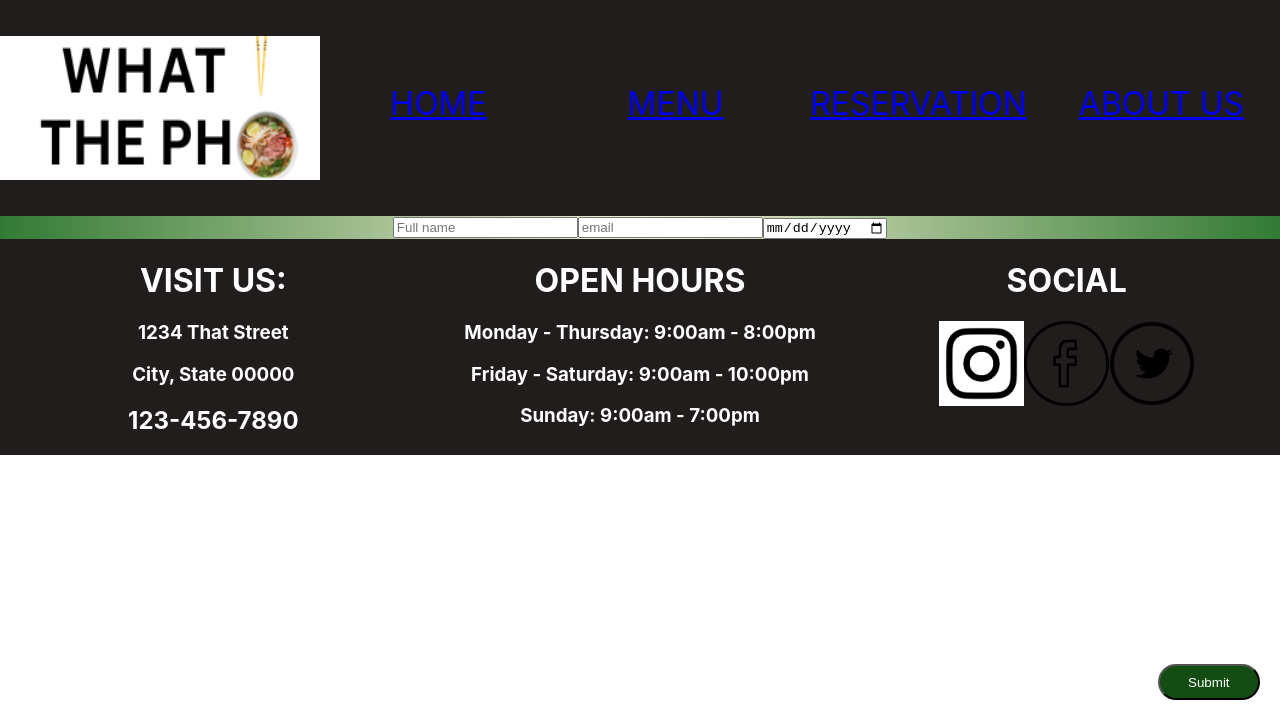
Repository: NguyenkhDang/Restaurant-Website
Page: /reservation
The author's editor kept a copy of each file at every save. The page is drawn from the files as they stood at one save, then again after the next save.
The browser window is 1280 px wide. The pictures show the whole page.
The project was rebuilt for these pictures with package versions that can differ from the ones it lists, and the page was loaded fresh each time. Also part of the build but not shown: src/Readmore.js, src/CSS/SectionContainer.css, src/SectionContainer.js, src/CSS/Home.css, src/Pages/HomePage.js, src/Pages/MenuPage.js, src/Pages/AboutUsPage.js, src/Pages/ContactUsPage.js.

Above is the page before, as saved 2026-01-17 21:56:31.

After the next save:
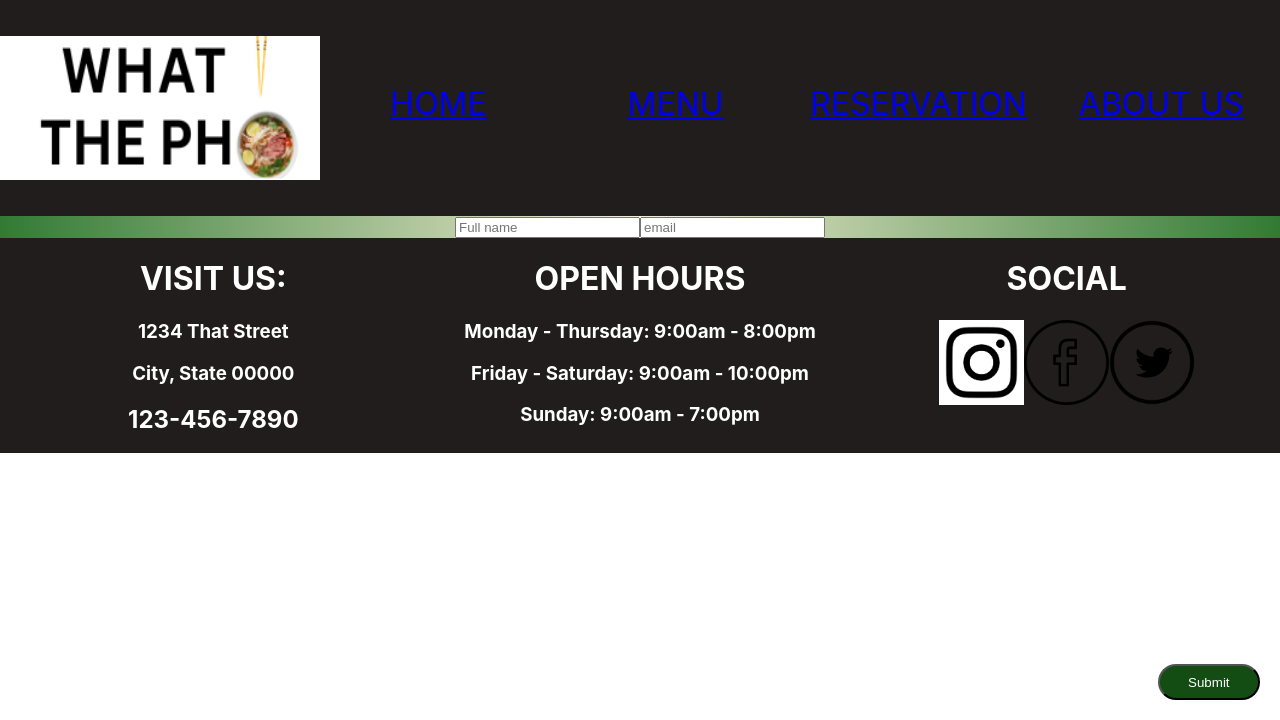
Saved 34 s later.
--- a/src/ReservationForm.js
+++ b/src/ReservationForm.js
@@ -48,13 +48,6 @@ const ReservationForm = () =>{
         required
         onChange={handleChange}
       />
-
-      <input
-        type="date"
-        name="date"
-        required
-        onChange={handleChange}
-      />
       <button>Submit</button>
     </form>
   )
